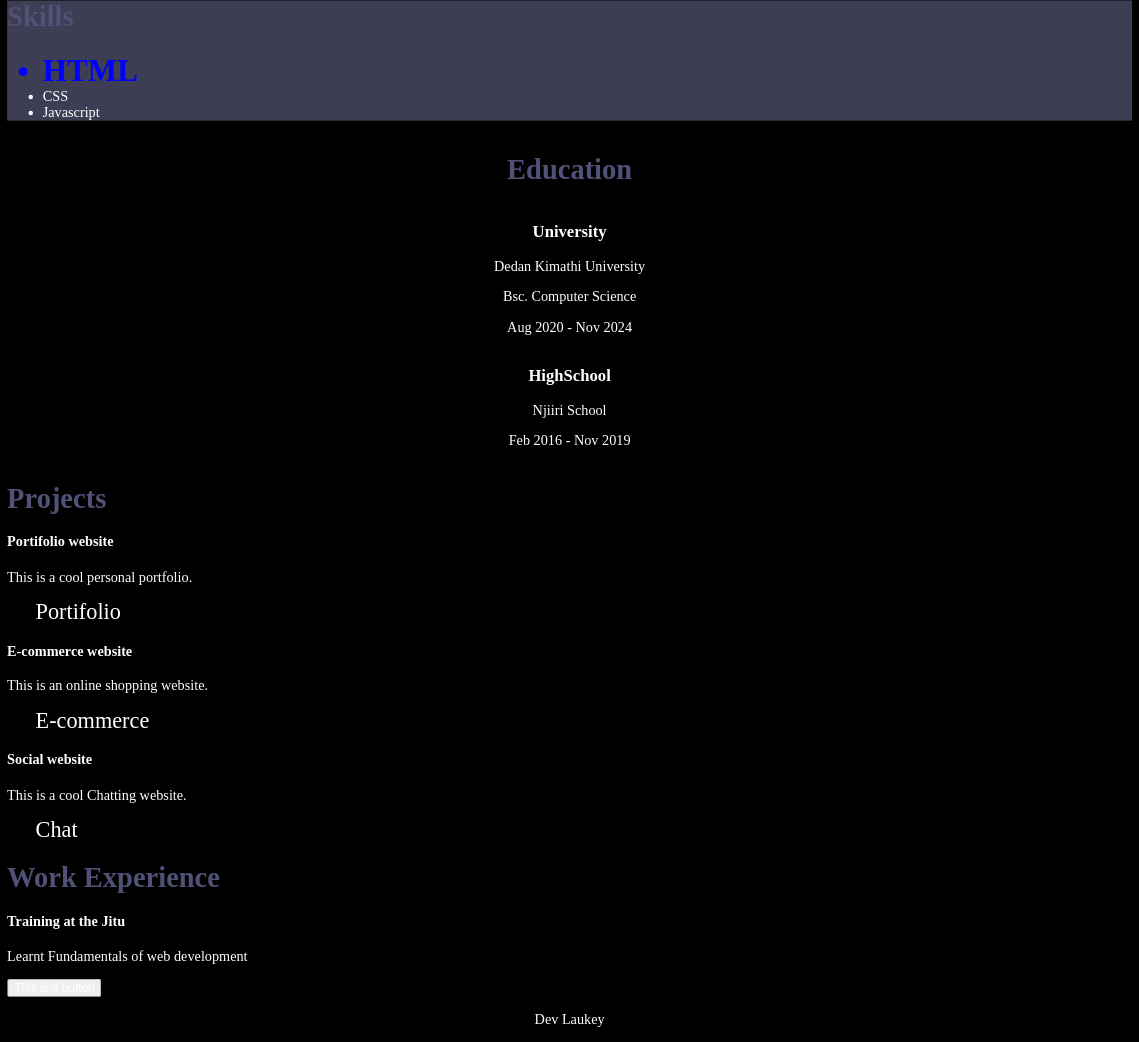
Repository: LaukeyMwaura/Jitu-Day-2
Page: index.html
These files come from the project's save history. The page is drawn as it stood at one moment and after the next save; the edit follows.
The browser window is 1280 px wide. The pictures show the part of the page from y = 822 to 1993 px (the page is 1993 px tall before and 1977 px after), at 89% of full size.
A picture or video elsewhere on the page could not be fetched, so the positions and the page height are approximate.

Above is the page before, as saved 2022-05-11 14:46:59.

After the next save:
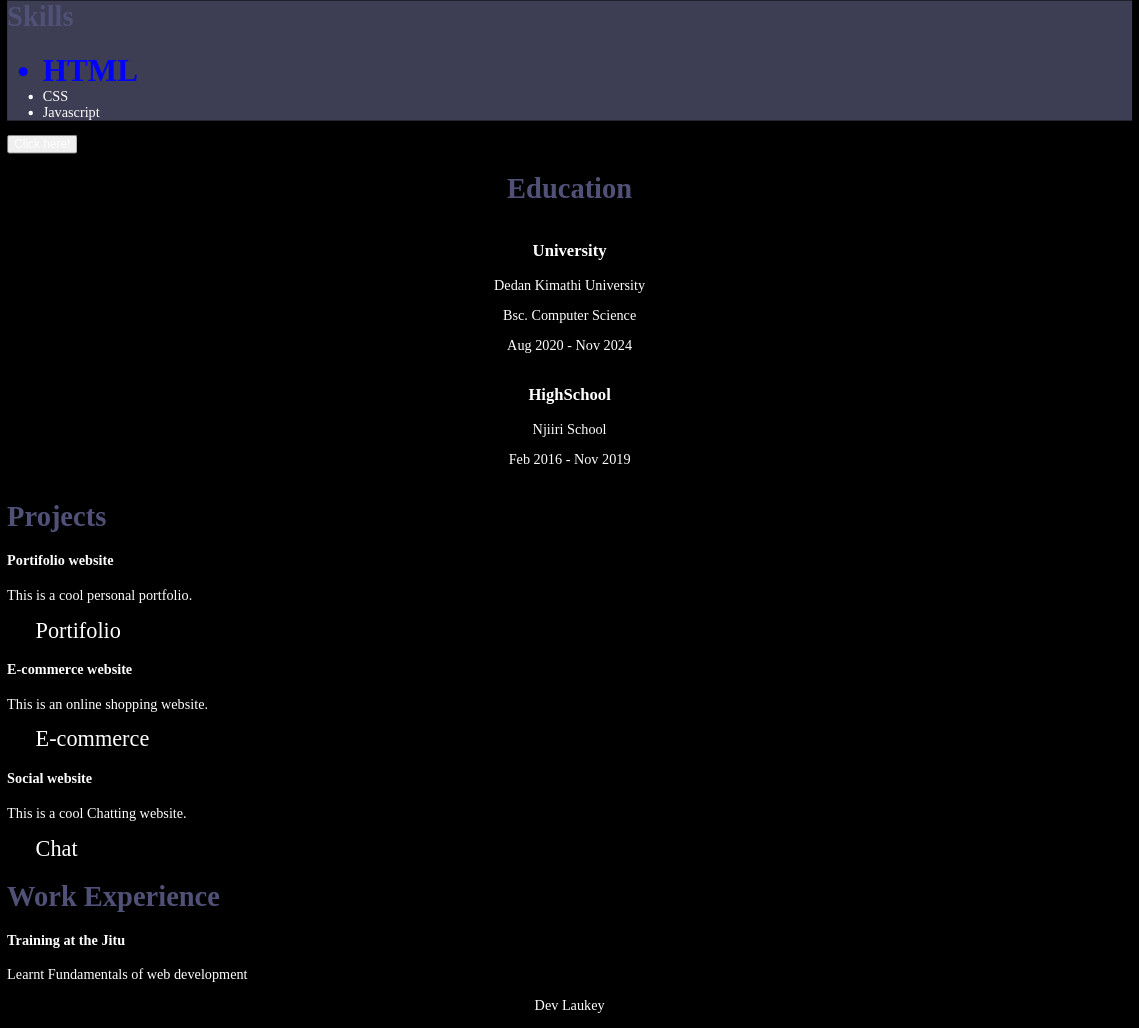
Saved 34 s later.
--- a/index.html
+++ b/index.html
@@ -41,6 +41,9 @@
         <li>Javascript</li>
       </ul>
     </div>
+    <button>
+      Click here!
+    </button>
     <div class="education" id="education">
       <h1>Education</h1>
       <div class="">
@@ -80,9 +83,7 @@
         <p>Learnt Fundamentals of web development</p>
       </div>
     </div>
-    <button>
-      This is a button
-    </button>
+
     <footer style="background-color: black; color: white; text-align: center">
       <p>Dev Laukey</p>
     </footer>
